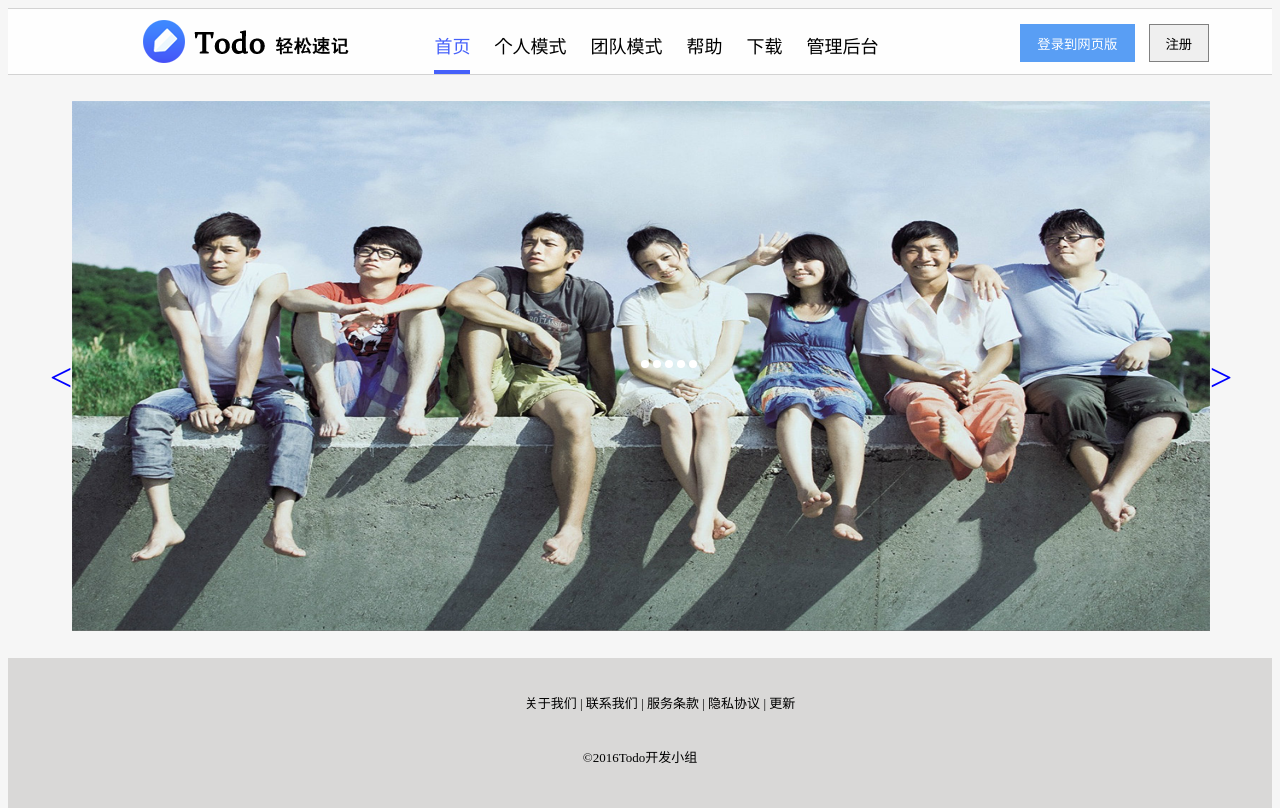
Repository: lengchang/Todo
Page: http://localhost/Todoweb/index.jsp
These files come from the project's save history. The page is drawn as it stood at one moment and after the next save; the edit follows.
The browser window is 1280 px wide. The pictures show the whole page.
The page is served by Tomcat 9. The template is opened directly, without the code that normally fills it, so the values that code supplies are empty.

Above is the page before, as saved 2016-12-13 15:50:59.

After the next save:
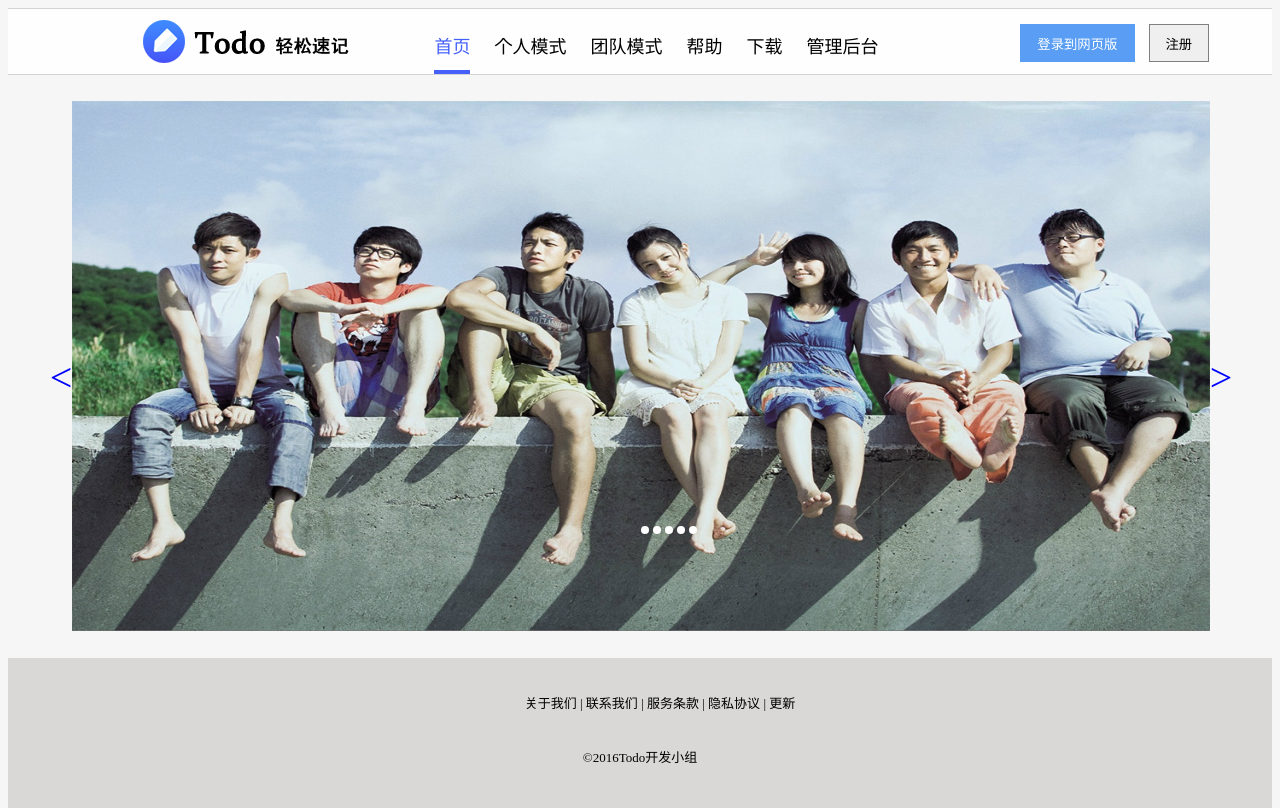
Saved 11 s later.
--- a/Todoweb/WebContent/css/index.css
+++ b/Todoweb/WebContent/css/index.css
@@ -125,7 +125,7 @@ a::visited{
     width: 300px;
     float: left;
     position: absolute;
-    top:50%;
+    top:80%;
     left: 50%;
     z-index: 3;
 }
